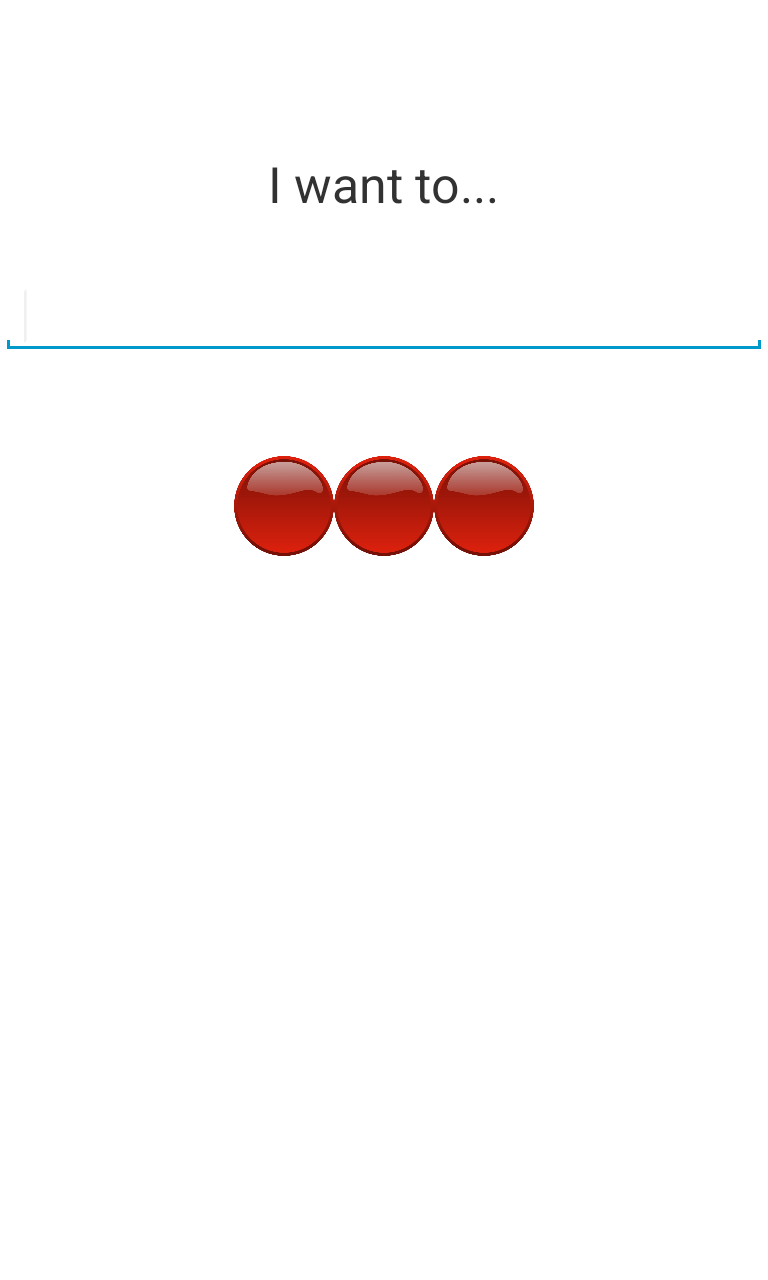
Repository: sbobra/women-startupweekend-sf
Layout: LaundryList/res/layout/activity_goal1.xml
An editor plug-in stored every save of this project. The layout is shown before and after the next save, followed by the edit.
It is drawn on a 768 x 1280 px phone screen (xhdpi) without system bars, with theme AppTheme; the app's code is not run.

Above is the layout before, as saved 2013-09-15 04:15:38.

After the next save:
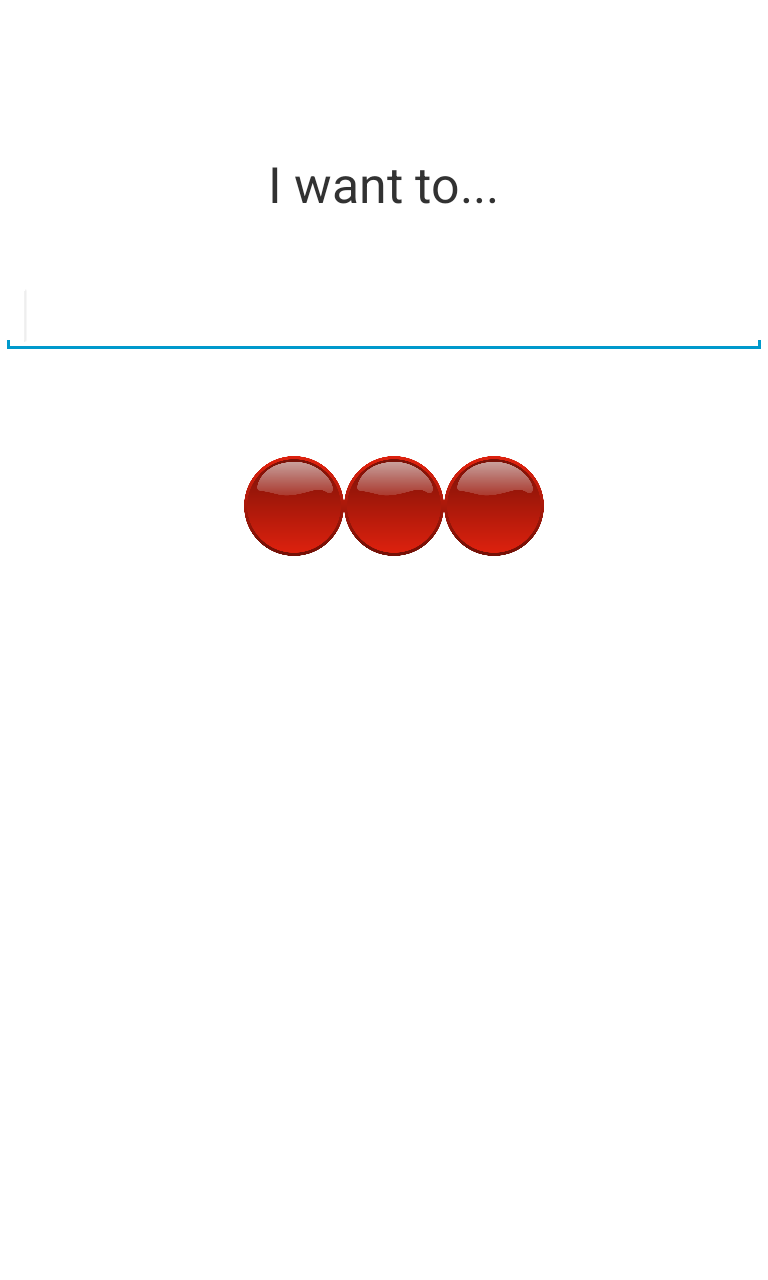
Saved 47 s later.
--- a/LaundryList/res/layout/activity_goal1.xml
+++ b/LaundryList/res/layout/activity_goal1.xml
@@ -36,7 +36,8 @@
                 android:id="@+id/doButton"
                 android:layout_width="50dp"
                 android:layout_height="50dp"
-                android:src="@drawable/redbutton" />
+                android:src="@drawable/redbutton"
+                android:layout_marginLeft="10dp" />
 
             <ImageView
                 android:id="@+id/seeButton"
